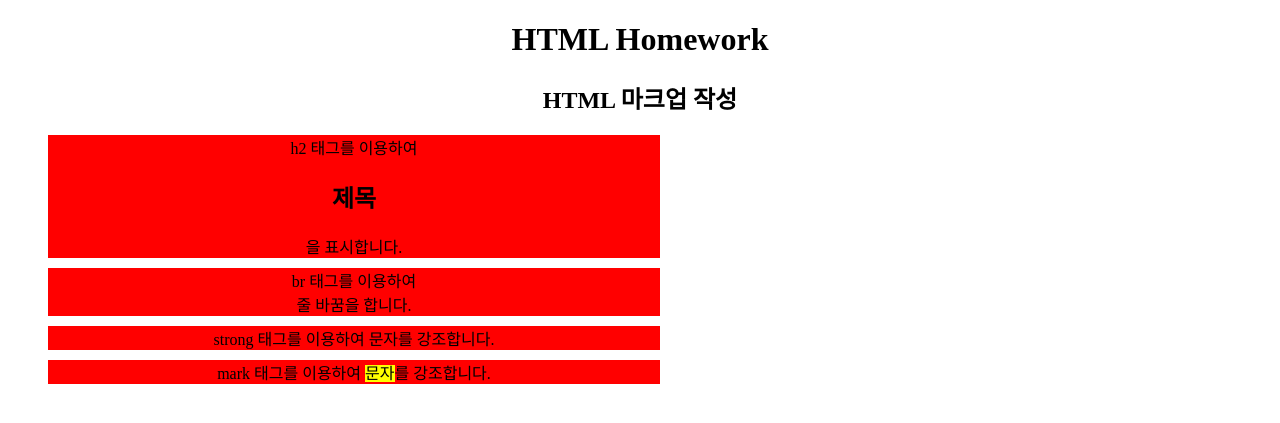
Repository: Cheol-Cheol/KOSA
Page: Kcc_web/Html/WebContent/mission/homework.html
These files come from the project's save history. The page is drawn as it stood at one moment and after the next save; the edit follows.
The browser window is 1280 px wide. The pictures show the whole page.

Above is the page before, as saved 2024-07-08 10:45:37.

### Kcc_web/Html/WebContent/mission/homework.html
<!DOCTYPE html>
<html>
<head>
<meta charset="UTF-8">
<title>Insert title here</title>

<style>
ul {
	list-style-type: none;
}

li {
	background-color: red;
	width: 50%;
	margin-bottom: 10px;
}
</style>
</head>
<body style="text-align: center">
	<header>
		<h1>HTML Homework</h1>
	</header>

	<section>
		<h2>HTML 마크업 작성</h2>
		<ul>
			<li>h2 태그를 이용하여
				<h2>제목</h2>을 표시합니다.
			</li>
			<li>br 태그를 이용하여 <br />줄 바꿈을 합니다.
			</li>
			<li>strong 태그를 이용하여 <string>문자</string>를 강조합니다.
			</li>
			<li>mark 태그를 이용하여 <mark>문자</mark>를 강조합니다.
			</li>
		</ul>
	</section>



</body>
</html>

After the next save:
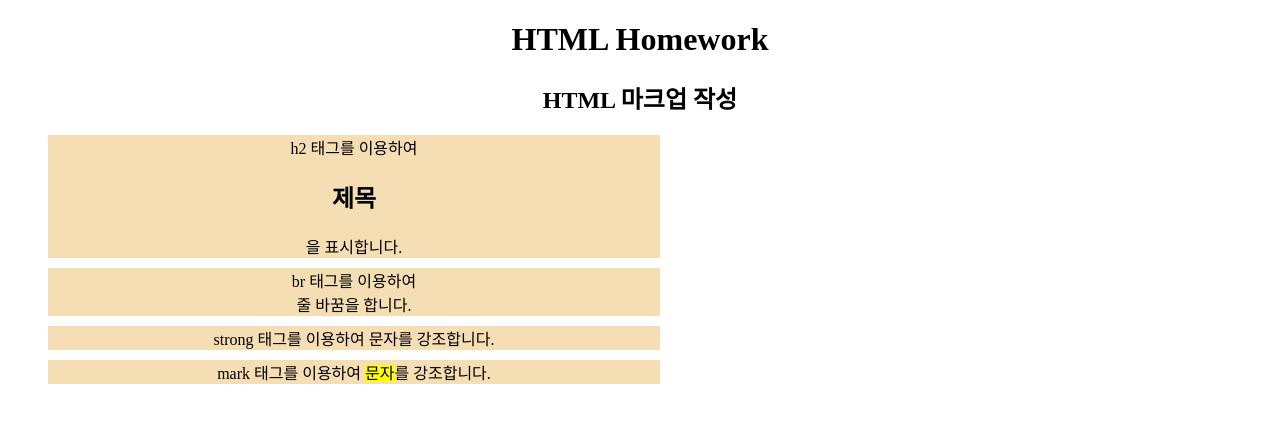
Saved 7 s later.
--- a/Kcc_web/Html/WebContent/mission/homework.html
+++ b/Kcc_web/Html/WebContent/mission/homework.html
@@ -10,7 +10,7 @@ ul {
 }
 
 li {
-	background-color: red;
+	background-color: wheat;
 	width: 50%;
 	margin-bottom: 10px;
 }
